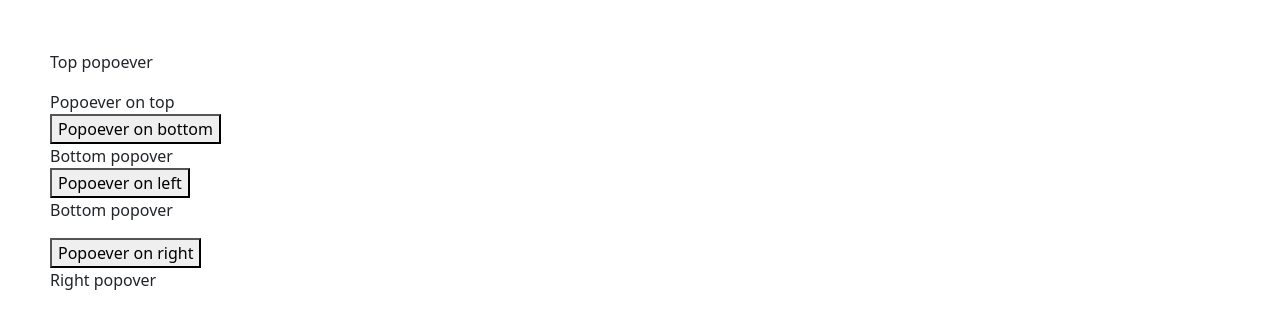
Repository: 1509Long/1509long.github.io
Page: exam.html
These files come from the project's save history. The page is drawn as it stood at one moment and after the next save; the edit follows.
The browser window is 1280 px wide. The pictures show the whole page.

Above is the page before, as saved 2022-05-24 20:08:53.

After the next save:
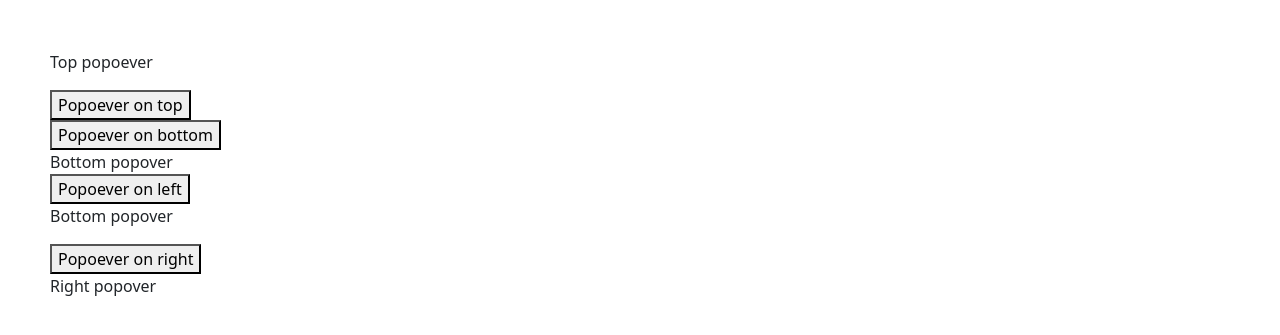
Saved 23 s later.
--- a/exam.html
+++ b/exam.html
@@ -46,7 +46,7 @@
       <div class="part1">
         <div>
           <div class="togggle" id="top"><p>Top popoever</p></div>
-          <buttton id="button-top">Popoever on top</buttton>
+          <button id="button-top">Popoever on top</button>
         </div>
         <div>
           <button id="button-bottom">Popoever on bottom</button>
